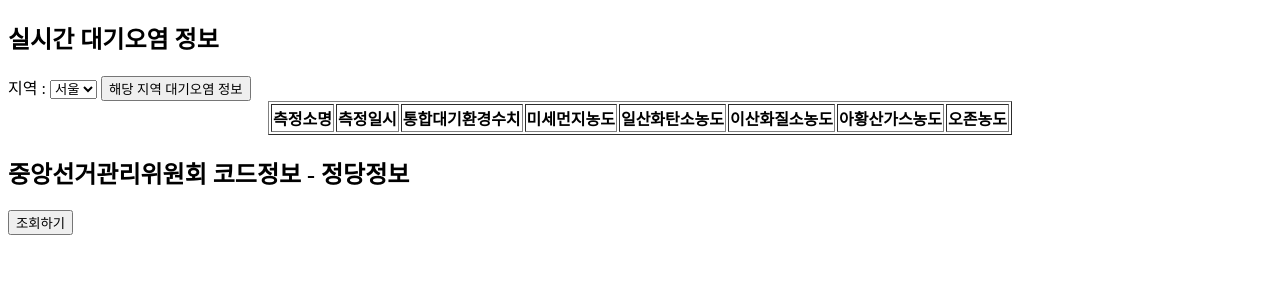
Repository: 1400CP/08_spring-workspace
Page: http://localhost/openDataProject/
An editor plug-in stored every save of this project. The page is shown before and after the next save, followed by the edit.
The browser window is 1280 px wide. The pictures show the whole page.
The page is served by Tomcat 9.

Above is the page before, as saved 2025-04-18 07:10:25.

After the next save:
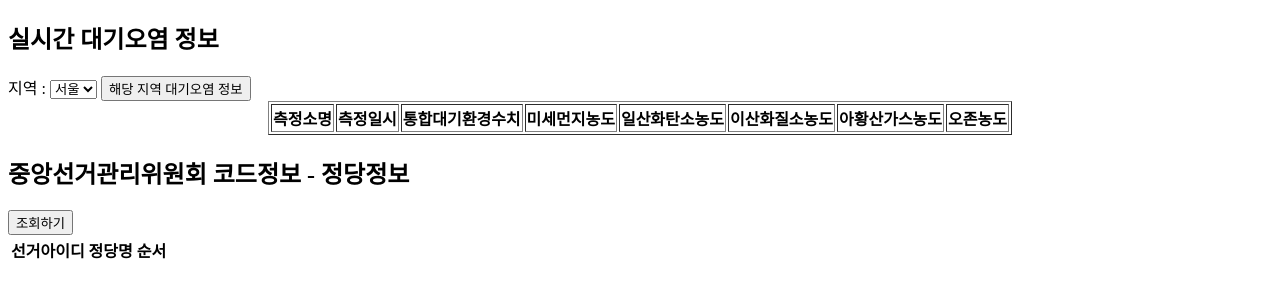
Saved 19 s later.
--- a/openDataProject/src/main/webapp/index.jsp
+++ b/openDataProject/src/main/webapp/index.jsp
@@ -134,9 +134,9 @@
 		<table id="table1">
 			<thead>
 				<tr>
-					<th></th>
-					<th></th>
-					<th></th>
+					<th>선거아이디</th>
+					<th>정당명</th>
+					<th>순서</th>
 				</tr>
 			</thead>
 			<tbody></tbody>
